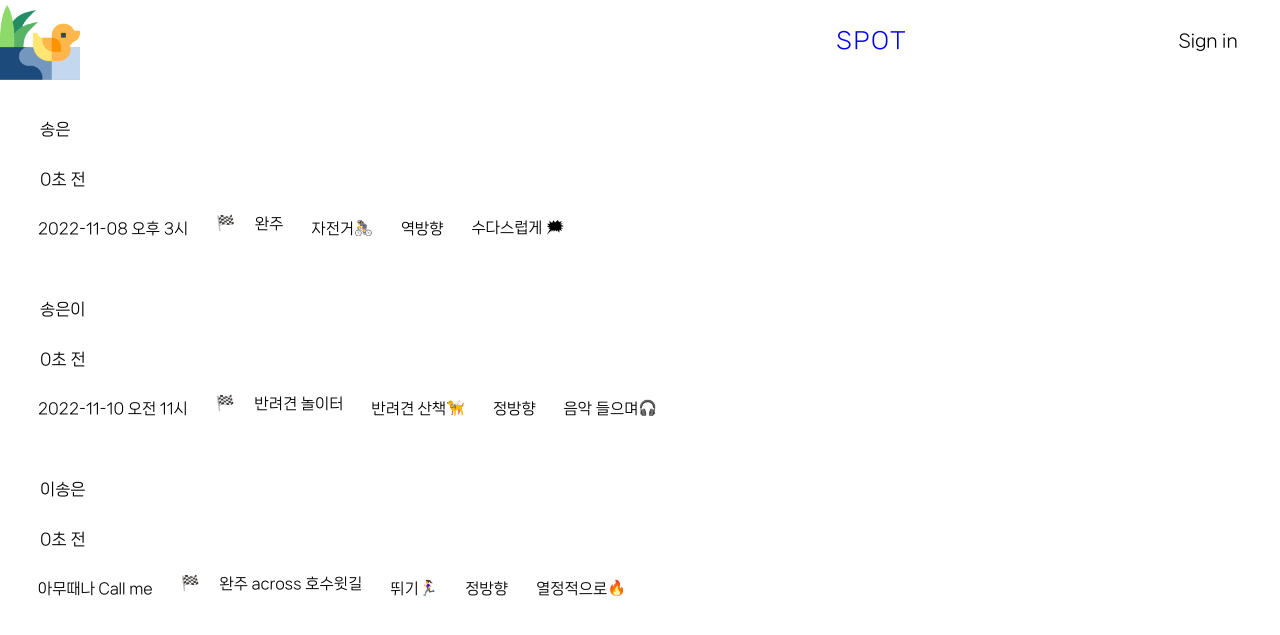
Repository: songeunleee/youngrangho
Page: /
These files come from the project's save history. The page is drawn as it stood at one moment and after the next save; the edit follows.
The browser window is 1280 px wide. The pictures show the whole page.
Some web libraries are served in a nearby version. The project was rebuilt for these pictures with package versions that can differ from the ones it lists, and the page was loaded fresh each time. Some packages were replaced by stand-ins written for this rebuild. Also part of the build but not shown: src/app.module.css, src/components/activity/activity.module.css, src/components/footer/footer.module.css, src/components/footer/footer.jsx, src/components/home/home.module.css, src/components/home/home.jsx, src/components/add_spot/add_spot.module.css, src/components/add_spot/add_spot.jsx and 6 more.

Above is the page before, as saved 2022-11-08 07:10:51.

### public/index.html
<!DOCTYPE html>
<html lang="en">
  <head>
    <meta charset="utf-8" />
    <script src="https://cdn.jsdelivr.net/npm/sweetalert2@10"></script>
    <script
      src="https://kit.fontawesome.com/7fb71a1d7b.js"
      crossorigin="anonymous"
    ></script>
    <link rel="icon" href="%PUBLIC_URL%/favicon.ico" />
    <meta name="viewport" content="width=device-width, initial-scale=1" />
    <meta name="theme-color" content="#000000" />
    <link rel="preconnect" href="https://fonts.googleapis.com" />
    <link rel="preconnect" href="https://fonts.gstatic.com" crossorigin />
    <link
      href="https://fonts.googleapis.com/css2?family=Noto+Sans+KR:wght@100;300;400&family=Noto+Serif+KR:wght@200;400&family=Varela+Round&display=swap"
      rel="stylesheet"
    />

    <meta
      name="description"
      content="Web site created using create-react-app"
    />
    <link rel="apple-touch-icon" href="%PUBLIC_URL%/logo192.png" />
    <!--
      manifest.json provides metadata used when your web app is installed on a
      user's mobile device or desktop. See https://developers.google.com/web/fundamentals/web-app-manifest/
    -->
    <link rel="manifest" href="%PUBLIC_URL%/manifest.json" />
    <!--
      Notice the use of %PUBLIC_URL% in the tags above.
      It will be replaced with the URL of the `public` folder during the build.
      Only files inside the `public` folder can be referenced from the HTML.

      Unlike "/favicon.ico" or "favicon.ico", "%PUBLIC_URL%/favicon.ico" will
      work correctly both with client-side routing and a non-root public URL.
      Learn how to configure a non-root public URL by running `npm run build`.
    -->
    <title>React App</title>
  </head>
  <body>
    <noscript>You need to enable JavaScript to run this app.</noscript>
    <div id="root"></div>
    <!--
      This HTML file is a template.
      If you open it directly in the browser, you will see an empty page.

      You can add webfonts, meta tags, or analytics to this file.
      The build step will place the bundled scripts into the <body> tag.

      To begin the development, run `npm start` or `yarn start`.
      To create a production bundle, use `npm run build` or `yarn build`.
    -->
  </body>
</html>

### src/index.js
import React from "react";
import ReactDOM from "react-dom/client";
import "./index.css";
import App from "./app";
import { firebaseApp } from "./service/firebase";
import AuthService from "./service/auth_service";
import FileUpload from "./service/file_upload";
import Repository from "./service/repositiry";

const repository = new Repository(firebaseApp);
const fileUpload = new FileUpload(firebaseApp);
const authService = new AuthService(firebaseApp);

const root = ReactDOM.createRoot(document.getElementById("root"));
root.render(
  <React.StrictMode>
    <App
      authService={authService}
      fileUpload={fileUpload}
      repository={repository}
    />
  </React.StrictMode>
);

### src/index.css
@font-face {
  font-family: "font1";
  src: url("../public/fonts/NanumSquareNeo-aLt.ttf") format("truetype");
  font-weight: normal;
}

@font-face {
  font-family: "font2";
  src: url("../public/fonts/NanumSquareNeo-bRg.ttf") format("truetype");
  font-weight: bold;
}

@font-face {
  font-family: "font3";
  src: url("../public/fonts/NanumSquareNeo-cBd.ttf") format("truetype");
  font-weight: bold;
}

@font-face {
  font-family: "font4";
  src: url("../public/fonts/NanumSquareNeo-eHv.ttf") format("truetype");
  font-weight: bold;
}
body {
  margin: 0;
  font-family: -apple-system, BlinkMacSystemFont, "Segoe UI", "Roboto", "Oxygen",
    "Ubuntu", "Cantarell", "Fira Sans", "Droid Sans", "Helvetica Neue",
    sans-serif;
  -webkit-font-smoothing: antialiased;
  -moz-osx-font-smoothing: grayscale;
  height: 100%;
}

code {
  font-family: source-code-pro, Menlo, Monaco, Consolas, "Courier New",
    monospace;
}
html {
}
#root {
  margin: 0;
  display: flex;
  flex-direction: column;
  height: 100%;
}

### src/app.jsx
import { useEffect, useState } from "react";
import { BrowserRouter, Route, Routes } from "react-router-dom";
import styles from "./app.module.css";
import Activity from "./components/activity/activity";
import Footer from "./components/footer/footer";
import Header from "./components/header/header";
import Home from "./components/home/home";
import Spot from "./components/spot/spot";

function App({ authService, fileUpload, repository }) {
  const [user, setUser] = useState(null);

  const getUser = (user) => {
    setUser(user);
  };

  useEffect(() => {
    authService.onAuthChange((user) => {
      if (user) {
        setUser(user);
      } else {
      }
    });
  }, [authService]);

  return (
    <>
      <BrowserRouter>
        <Header authService={authService} getUser={getUser} user={user} />
        <Routes>
          <Route
            path="/"
            element={<Activity authService={authService} user={user} />}
          />
          <Route
            path="/activity"
            element={<Activity authService={authService} user={user} />}
          />
          <Route
            path="/spot"
            element={
              <Spot
                authService={authService}
                user={user}
                fileUpload={fileUpload}
                repository={repository}
              />
            }
          />
        </Routes>
      </BrowserRouter>
    </>
  );
}

export default App;

### src/service/firebase.js
import { initializeApp } from "firebase/app";

const firebaseConfig = {
  apiKey: "AIzaSyA1QsOldBRNtAOG8_cfGoyHxB8PmdZT3xA",
  authDomain: "youngrangho-d9473.firebaseapp.com",
  projectId: "youngrangho-d9473",
  storageBucket: "youngrangho-d9473.appspot.com",
  messagingSenderId: "558891074778",
  appId: "1:558891074778:web:a513dfcb578ca1084111e3",
  measurementId: "G-VKW34V7D4J",
};

export const firebaseApp = initializeApp(firebaseConfig);

### src/service/auth_service.js
import {
  getAuth,
  signInWithPopup,
  GoogleAuthProvider,
  onAuthStateChanged,
} from "firebase/auth";
class AuthService {
  constructor() {
    this.auth = getAuth();
    this.provider = new GoogleAuthProvider();
  }
  signin() {
    return signInWithPopup(this.auth, this.provider);
  }

  signout() {
    const auth = getAuth();
    auth.signOut();
  }

  onAuthChange(onUserChanged) {
    const auth = getAuth();
    return onAuthStateChanged(auth, (user) => {
      onUserChanged(user);
    });
  }
}
export default AuthService;

### src/service/file_upload.js
import { getStorage, ref, uploadBytes, getDownloadURL } from "firebase/storage";

class FileUpload {
  constructor() {
    this.storage = getStorage();
  }

  async upload(file) {
    this.storageRef = ref(this.storage, `spot/${file.name}`);
    const img = await uploadBytes(this.storageRef, file);
    return getDownloadURL(ref(this.storage, img.ref.fullPath));
  }
}

export default FileUpload;

### src/service/repositiry.js
import {
  getDatabase,
  ref,
  set,
  remove,
  onValue,
  off,
  update,
} from "firebase/database";

class Repository {
  constructor() {
    this.db = getDatabase();
  }

  syncSpots(userId, onUpdate) {
    const query = ref(this.db, `spots`);
    onValue(query, (snapshot) => {
      const value = snapshot.val();
      value && onUpdate(value);
    });
    return () => off(query);
  }

  saveSpot(userId, spot) {
    set(ref(this.db, `spots/${spot.id}`), spot);
  }
  removeSpot(userId, spot) {
    const spotRef = ref(this.db, `spots/${spot.id}`);
    remove(spotRef);
  }
}
export default Repository;

### src/components/activity/activity.jsx
import { set } from "firebase/database";
import React from "react";
import { useState } from "react";
import { useEffect } from "react";
import { useLocation } from "react-router-dom";
import ActivityList from "../activity_list/activity_list";
import Header from "../header/header";
import styles from "./activity.module.css";

const Activity = ({ authService, user }) => {
  const [cards, setCards] = useState({
    1: {
      id: 1,
      author: "송은",
      createTime: Date.now(),
      appointment: "2022-11-08 오후 3시",
      mean: "자전거🚴‍♀️",
      course: "역방향",
      goal: "완주",
      mode: "수다스럽게 🗯",
    },
    2: {
      id: 2,
      author: "송은이",
      createTime: Date.now(),
      appointment: "2022-11-10 오전 11시",
      mean: "반려견 산책🦮",
      course: "정방향",
      goal: "반려견 놀이터",
      mode: "음악 들으며🎧",
    },
    3: {
      id: 3,
      author: "이송은",
      createTime: Date.now(),
      appointment: "아무때나 Call me",
      mean: "뛰기🏃‍♀️",
      course: "정방향",
      goal: "완주 across 호수윗길",
      mode: "열정적으로🔥",
    },
  });

  return <ActivityList cards={cards} />;
};
export default Activity;

### src/components/header/header.jsx
import React, { useEffect } from "react";
import { useState } from "react";
import { Link, useLocation } from "react-router-dom";
import styles from "./header.module.css";

const Header = ({ authService, getUser, user }) => {
  const location = useLocation().pathname;

  const isSpot = (location) => {
    return location === "/spot" ? true : false;
  };
  console.log(isSpot(location));
  const onSignin = () => {
    authService.signin().then((data) => getUser(data.user));
  };

  const onSignout = () => {
    authService.signout();
    getUser(null);
  };

  return (
    <header className={styles.header}>
      <Link
        className={`${styles.logolink} ${
          !isSpot(location) ? styles.activity : null
        } `}
        to={"/"}
      >
        <img className={styles.logo} src="./images/duck (1).png" alt="" />
      </Link>
      <Link
        className={`${styles.link} ${
          !isSpot(location) ? styles.activity : null
        }`}
        to={"/activity"}
      >
        ACTIVITY
      </Link>
      <Link
        className={`${styles.link} ${isSpot(location) ? styles.spot : null}`}
        to={"/spot"}
      >
        SPOT
      </Link>

      {user ? (
        <div className={styles.signIn}>
          <img className={styles.img} src={user.photoURL} alt="" />
          <p className={styles.name}>{user.displayName}</p>
          <button
            className={`${styles.button} ${styles.sign}`}
            onClick={onSignout}
          >
            Sign out
          </button>
        </div>
      ) : (
        <button className={`${styles.button}`} onClick={onSignin}>
          Sign in
        </button>
      )}
    </header>
  );
};

export default Header;

### src/components/activity_list/activity_list.jsx
import React from "react";
import ActivityItem from "../activity_item/activity_item";
import styles from "./activity_list.module.css";

const ActivityList = ({ cards, user }) => {
  return (
    <section className={styles.list}>
      {Object.keys(cards).map((key) => (
        <ActivityItem key={key} card={cards[key]} user={user} />
      ))}
    </section>
  );
};

export default ActivityList;

### src/components/header/header.module.css
@value mainBlue, mainLightBlue,sideBlue, textWhite from '../../common/colors.css';
@value mediaQuery from '../../common/size.css';

.header {
  display: flex;
  height: 5rem;
  align-items: center;
  position: relative;
}
.logolink {
  height: 100%;
}

.logolink.activity {
  background-color: white;
}
.logo {
  height: 100%;

  transition: all 150ms ease-in;
}

.logo:hover {
  background-color: mainBlue;
}
.link {
  height: 100%;
  display: flex;
  justify-content: center;
  align-items: center;
  flex: 0.8;
  text-decoration: none;
  color: mainBlue;
  font-size: 1.4rem;
  font-family: "font2";
  letter-spacing: 2px;
  font-weight: 500;
  text-align: center;
  transition: letter-spacing 150ms ease-in;
}

.link.spot {
  background-color: mainBlue;
  color: white;
}

.link.activity {
  background-color: mainBlue;
  color: white;
}

.signIn {
  flex: 0.4;
  display: flex;
  justify-content: center;
  align-items: center;
  padding-left: 0.5rem;
  padding-right: 0.5rem;
}

.img {
  border-radius: 50%;
  width: 50px;
  height: 50px;
}

.name {
  padding-left: 1rem;
  padding-right: 1rem;
  font-family: "font3";
  color: sideBlue;
}

.button.sign {
  flex: 0.6;
  width: 100%;
}

.button {
  font-size: 1.1rem;
  font-weight: 500;
  font-family: "font2";
  flex: 0.2;
  background: none;
  cursor: pointer;
  border: none;
  color: mainBlue;
  transition: letter-spacing 250ms ease-in;
}

.link:hover {
  letter-spacing: 0;
}

.button:hover {
  letter-spacing: 1px;
}

@media screen and (max-width: mediaQuery) {
  .name {
    display: none;
  }
  .img {
    display: none;
  }
  .logolink {
    display: none;
  }
}

### src/components/activity_item/activity_item.jsx
import React from "react";
import styles from "./activity_item.module.css";

const ActivityItem = ({ card }) => {
  const { id, author, createTime, appointment, mean, course, goal, mode } =
    card;

  const publishedAt = (publishedAt) => {
    const now = new Date();
    const time = new Date(publishedAt);

    const t = (now - time) / 1000;

    if (t < 60) return Math.floor(t) + "초 전";
    const tm = t / 60;
    if (tm < 60) return Math.floor(tm) + "분 전";
    const th = tm / 60;
    if (th < 24) return Math.floor(th) + "시간 전";
    const td = th / 24;
    if (td < 8) return Math.floor(td) + "일 전";
    const tw = td / 7;
    if (tw < 5) return Math.floor(tw) + "주 전";
    const tmon = td / 30;
    if (tw < 30) return Math.floor(tmon) + "달 전";
    const ty = td / 365;
    return Math.floor(ty) + "년 전";
  };

  return (
    <section className={styles.card}>
      <div className={styles.info}>
        <p className={styles.author}>{author}</p>
        <p className={styles.createTime}>{publishedAt(Date(createTime))}</p>
      </div>
      <div className={styles.contentBox}>
        <div className={styles.content}>
          {appointment && (
            <div className={`${styles.chip} ${styles.appointment}`}>
              {appointment}
              <i
                className={`fa-solid fa-circle-xmark ${styles.chipDelete}`}
              ></i>
            </div>
          )}

          {goal && (
            <div className={`${styles.chip} ${styles.goal}`}>
              <div className={styles.G}>🏁</div>
              {goal}
              <i
                className={`fa-solid fa-circle-xmark ${styles.chipDelete}`}
              ></i>
            </div>
          )}
          {mean && (
            <div className={`${styles.chip} ${styles.mean}`}>
              {mean}
              <i
                className={`fa-solid fa-circle-xmark ${styles.chipDelete}`}
              ></i>
            </div>
          )}
          {course && (
            <div className={`${styles.chip} ${styles.course}`}>
              {course}
              <i
                className={`fa-solid fa-circle-xmark ${styles.chipDelete}`}
              ></i>
            </div>
          )}
          {mode && (
            <div className={`${styles.chip} ${styles.mode}`}>
              {mode}
              <i
                className={`fa-solid fa-circle-xmark ${styles.chipDelete}`}
              ></i>
            </div>
          )}
        </div>
      </div>
    </section>
  );
};

export default ActivityItem;

### src/components/activity_list/activity_list.module.css
.list {
  display: flex;
  flex-wrap: wrap;
  margin-top: 0.5rem;
}

### src/components/activity_item/activity_item.module.css
@value mainBlue,mainLightBlue,sideBlue,textWhite from '../../common/colors.css';

* {
  font-family: font2;
}

.card {
  display: flex;
  flex-direction: column;
  border: 1px mainLightBlue solid;
  margin: 0.5rem 1rem;
  padding: 0.5rem 0.5rem;

  height: auto;
  border-radius: 18px;
}
.info {
}
.author {
  margin: 0;
  padding: 1rem;
}
.createTime {
  margin: 0.5rem;
  padding: 0.5rem;
  border-bottom: 1px dashed mainBlue;
}

.contentBox {
  display: flex;
  flex: 1;
  align-items: center;
}
.content {
  display: flex;
  flex-wrap: wrap;
}
.chip {
  height: 30px;
  font-size: 15px;
  flex-wrap: nowrap;
  background-color: mainLightBlue;
  width: fit-content;
  border-radius: 18px;
  padding: 5px 10px;
  margin: 0.25rem 0.25rem;
  display: flex;
  align-items: center;
  cursor: pointer;
  transition: transform 200ms ease-in;
}

.chip.appointment {
  background-color: mainBlue;
}

.chip.goal {
  padding-top: 0;
  padding-bottom: 0;
}

.G {
  position: relative;
  background-color: sideBlue;
  border-radius: 18px;
  padding-top: 5px;
  padding-bottom: 5px;
  padding-right: 10px;
  padding-left: 10px;
  right: 10px;
}

.chip:hover {
  transform: ;
}
.chipDelete {
  display: none;
  color: rgb(255, 255, 255);
  margin-left: 0.3rem;
  opacity: 0.9;
  border: none;
}

After the next save:
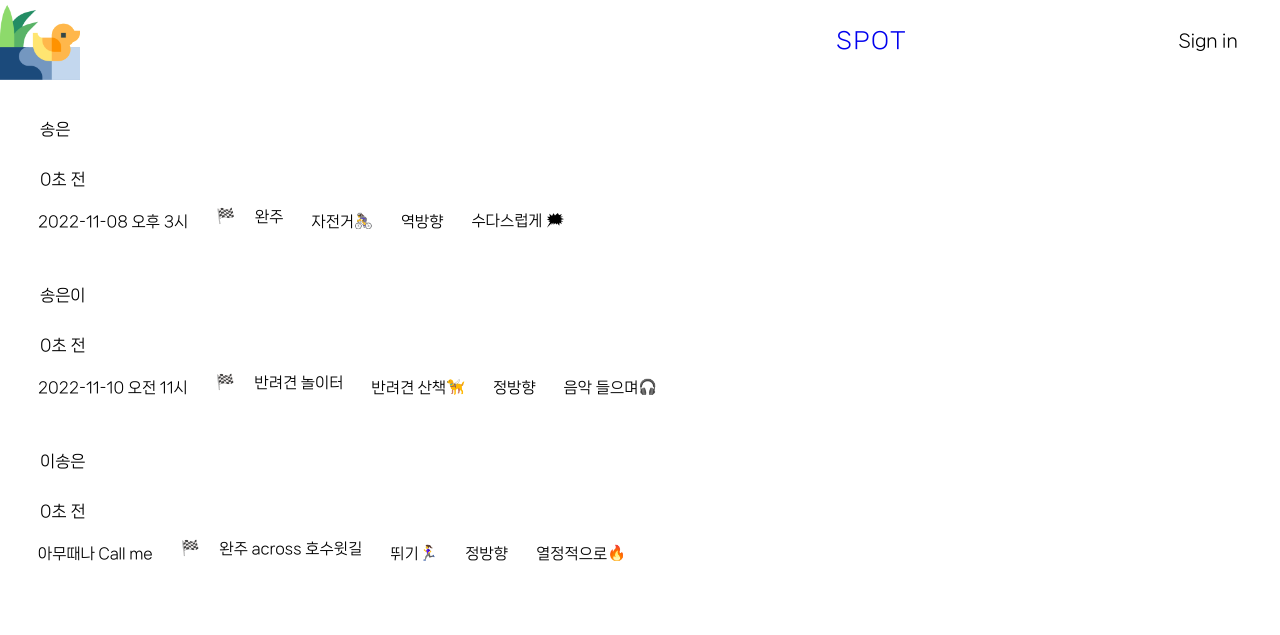
Saved 5 s later.
--- a/src/components/activity_item/activity_item.module.css
+++ b/src/components/activity_item/activity_item.module.css
@@ -36,7 +36,7 @@
   flex-wrap: wrap;
 }
 .chip {
-  height: 30px;
+  height: 1rem;
   font-size: 15px;
   flex-wrap: nowrap;
   background-color: mainLightBlue;

After the save that followed:
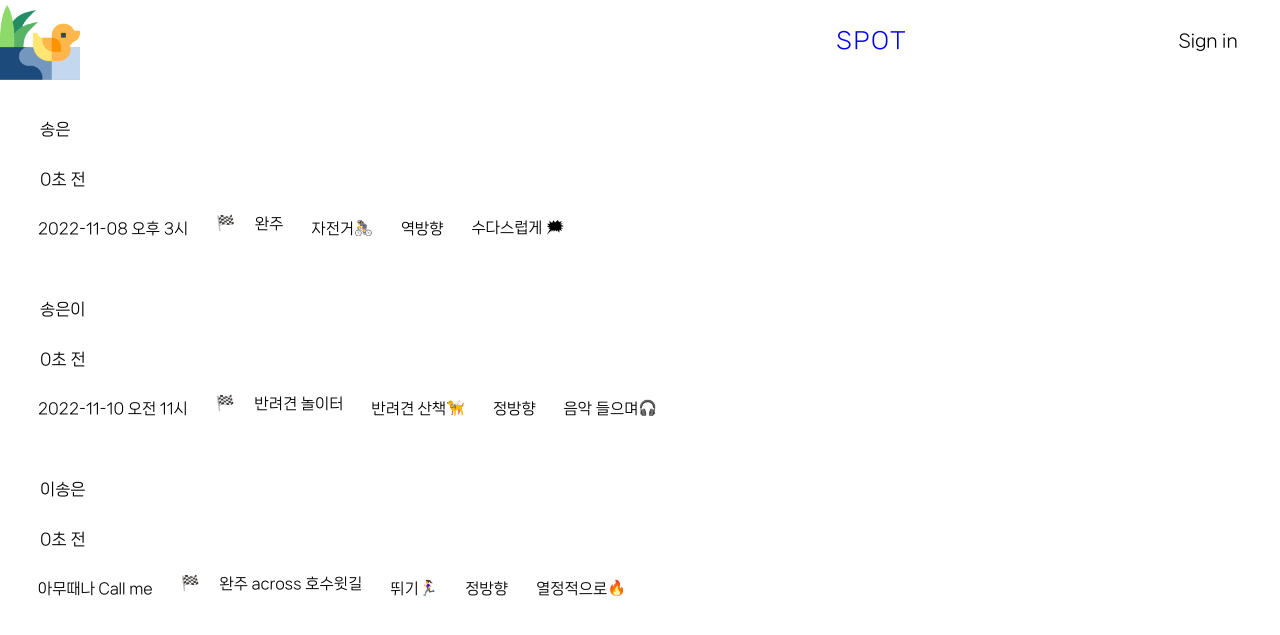
Saved 9 s later.
--- a/src/components/activity_item/activity_item.module.css
+++ b/src/components/activity_item/activity_item.module.css
@@ -36,7 +36,7 @@
   flex-wrap: wrap;
 }
 .chip {
-  height: 1rem;
+  height: 30px;
   font-size: 15px;
   flex-wrap: nowrap;
   background-color: mainLightBlue;
